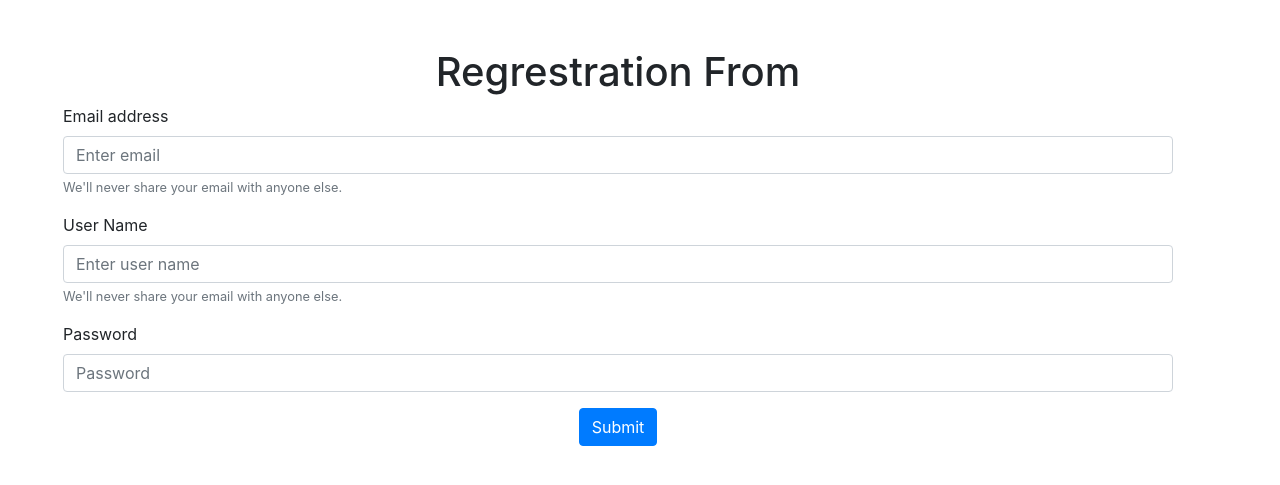
Repository: parvaizsajad/SpringFrameWork
Page: http://localhost/com.spring.mvc/form
An editor plug-in stored every save of this project. The page is shown before and after the next save, followed by the edit.
The browser window is 1280 px wide. The pictures show the whole page.
Some web libraries are served in a nearby version. The page is served by Tomcat 9.

Above is the page before, as saved 2021-09-09 18:34:07.

After the next save:
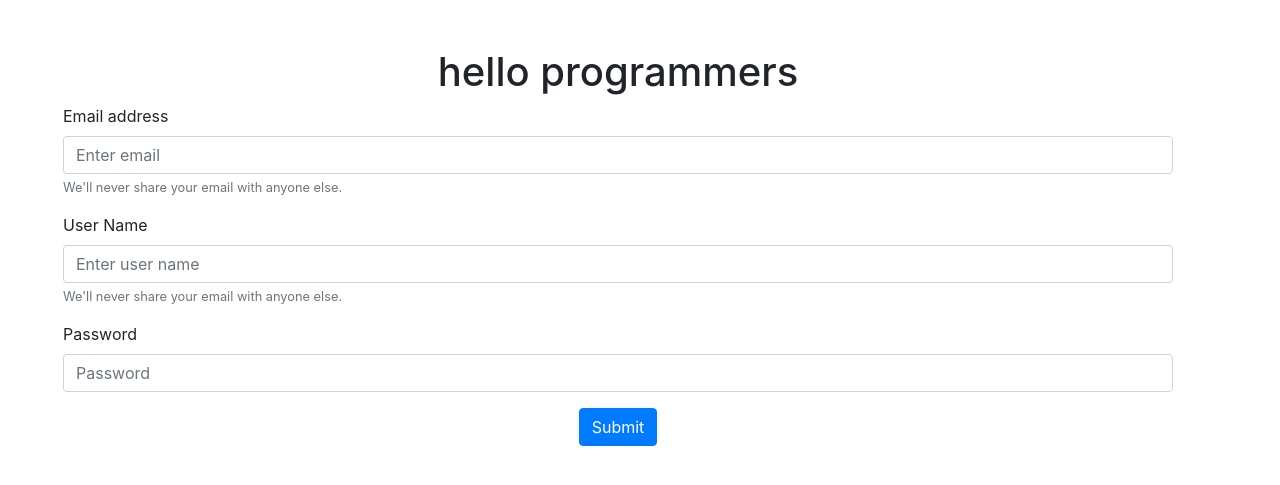
Saved 80 s later.
--- a/com.spring.mvc/src/main/webapp/WEB-INF/views/form.jsp
+++ b/com.spring.mvc/src/main/webapp/WEB-INF/views/form.jsp
@@ -1,5 +1,6 @@
 <%@ page language="java" contentType="text/html; charset=ISO-8859-1"
     pageEncoding="ISO-8859-1"%>
+    <%@ page isELIgnored="false" %>
 <!doctype html>
 <html lang="en">
   <head>
@@ -16,7 +17,8 @@
    <!-- form -->
 
    <form class="container m-5" action="processform" method="post">
-   <h1 class="text-center" >Regrestration From</h1>
+   <h1 class="text-center" >${WelcomeName }</h1>
+      <h1 class="text-center" >${desc }</h1>
   <div class="form-group">
     <label for="exampleInputEmail1">Email address</label>
     <input type="email" class="form-control" id="exampleInputEmail1" aria-describedby="emailHelp" name="email" placeholder="Enter email">
